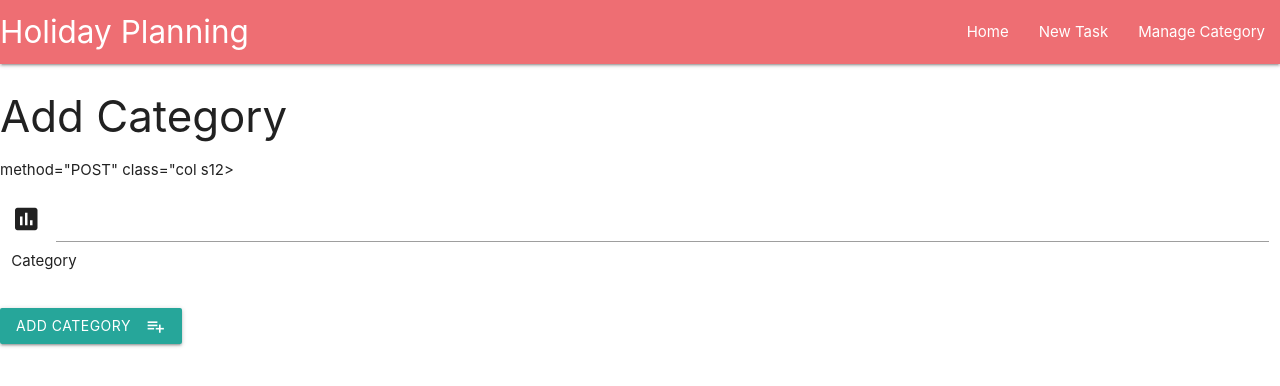
Repository: Code-Institute-Submissions/Project3-Holiday_Planning
Page: http://localhost/add_category
The author's editor kept a record of every edit. The page is drawn from the files as they stood at one moment, then again after the next edit.
The browser window is 1280 px wide. The pictures show the whole page.
The page is served by the project's application, run on Flask 3 (app.py).

Above is the page before.

### templates/addCategory.html
{% extends 'layout.html' %} {% block content %}


<h3>Add
Category</h3>
<form action ="{{url_for('insert_category')}}"> method="POST" class="col s12>

    <div class="row">
        <div class="input-field col s12">
            <i class="material-icons prefix">poll</i>
            <input id = "category_name" name="category_name" type="text" class="validate"
            <label for="category_name">Category</label>
        </div>
    </div>

    <div class="row">
        <button class="waves-effect waves-light btn" type="submit" name="action">Add Category<i class="material-icons right">playlist_add</i></button>
    </div>

</form>
{% endblock%}

### templates/layout.html
<!DOCTYPE html>
<html>

<head>
        <link href="https://fonts.googleapis.com/icon?family=Material+Icons" rel="stylesheet">
        <link rel="stylesheet" href="https://cdnjs.cloudflare.com/ajax/libs/materialize/1.0.0/css/materialize.min.css">
        <link rel="stylesheet" href="{{url_for('static', filename='css/style.css')}}" type="text/css"/>
</head>


<body>
    <header>
        <nav>
            <div class="nav-wrapper">
                <a href="{{url_for('get_tasks')}}" class="brand-logo">Holiday Planning</a>
                <a href="#" data-activates="mobile-demo" class="sidenav-trigger"><i class="material-icons">menu</i></a>

                <ul id="nav-mobile" class="right hide-on-med-and-down">
                    <li><a href="{{url_for('get_tasks')}}">Home</a></li>
                    <li><a href="{{url_for('add_task')}}">New Task</a></li>
                    <li><a href="{{url_for('get_category')}}">Manage Category</a></li>
                </ul>

                <!--extended hamburger navbar added for mobile-->
                <ul class="sidenav" id="mobile-demo">

                    <li><a href="{{url_for('get_tasks')}}">Home</a></li>
                    <li><a href="{{url_for('add_task')}}">New Task</a></li>
                    <li><a href="{{url_for('get_category')}}">Manage Category</a></li>
                </ul>
            </div>
        </nav>
    </header>

    <div>
        {% block content %} {% endblock %}
    </div>


    <script src="https://cdnjs.cloudflare.com/ajax/libs/jquery/3.4.1/jquery.min.js"></script>
    <script src="https://cdnjs.cloudflare.com/ajax/libs/materialize/1.0.0/js/materialize.min.js"></script>

    <!--to perform the collapsible, datepicker and select option function-->
    <script type="text/javascript">
        $(document).ready(function(){
            $('.collapsible').collapsible();
            $('.datepicker').datepicker();
            $('select').formSelect();
            $('.sidenav').sidenav();

        });

        // $('.datepicker').pickadate({
        //     selectMonths: true, // Creates a dropdown to control month
        //     selectYears: 15, // Creates a dropdown of 15 years to control year,
        //     today: 'Today',
        //     clear: 'Clear',
        //     close: 'Ok',
        //     closeOnSelect: false // Close upon selecting a date,
        // });

        </script>



</body>

</html>

### app.py
import os
from flask import Flask, render_template, redirect, request, url_for
from flask_pymongo import PyMongo
from bson.objectid import ObjectId


app = Flask(__name__)
app.config["MONGO_DBNAME"] = 'holiday_planning'
app.config["MONGO_URI"] = 'mongodb+srv://root:es1234@cluster0-dio8w.mongodb.net/holiday_planning?retryWrites=true&w=majority'
mongo = PyMongo(app)


# Function to display landing page
@app.route('/')
def index():
    return render_template("tasks.html", tasks=mongo.db.tasks.find())


# T1 - Fetch data in mongodb pass it back to tasks.html
@app.route('/get_tasks')
def get_tasks():
    return render_template("tasks.html",
                            tasks=mongo.db.tasks.find())



# T2 & T3 - After add_task, must follow by insert_task
@app.route('/add_task')
def add_task():
    return render_template('addTask.html',
                            category=mongo.db.category.find())


@app.route('/insert_task', methods=['POST'])
def insert_task():
    tasks = mongo.db.tasks
    tasks.insert_one(request.form.to_dict())
    return redirect(url_for('get_tasks'))



# T4 & T5 - After edit_task, must follow by update_task
@app.route('/edit_task/<task_id>')
def edit_task(task_id):
    the_task =  mongo.db.tasks.find_one({"_id": ObjectId(task_id)})
    all_category =  mongo.db.category.find()
    return render_template('editTask.html', task=the_task,
                           category=all_category)


@app.route('/update_task/<task_id>', methods=["POST"])
def update_task(task_id):
    tasks = mongo.db.tasks
    tasks.update( {'_id': ObjectId(task_id)},
    {
        'category_name':request.form.get('category_name'),
        'task_name':request.form.get('task_name'),
        'task_description': request.form.get('task_description'),
        'person_in-charge': request.form.get('person_in-charge'),
        'website': request.form.get('website'),
        'due_date': request.form.get('due_date'),
        'is_urgent':request.form.get('is_urgent')
    })
    return redirect(url_for('get_tasks'))


# T6 - Delete task from the get_tasks page
@app.route('/delete_task/<task_id>')
def delete_task(task_id):
    return redirect(url_for('get_tasks'))





# CATEGORY

# C1 - Function to fetch all our data in mongodb pass it back to category.html
@app.route('/get_category')
def get_category():
    return render_template("category.html",
                            category=mongo.db.category.find())



# C2 & C3 - After add_category, must follow by insert_category
@app.route('/add_category')
def add_category():
    return render_template('addCategory.html')


@app.route('/insert_category', methods=['POST'])
def insert_category():
    category_doc = {'category_name': request.form.get('category_name')}
    mongo.db.category.insert_one(category_doc)
    return redirect(url_for('get_category'))



# C4 & C5 - After edit_category, must follow by update_category
@app.route('/edit_category/<category_id>')
def edit_category(category_id):
    return render_template('editCategory.html',
    category=mongo.db.category.find_one({'_id': ObjectId(category_id)}))


@app.route('/update_category/<category_id>', methods=['POST'])
def update_category(category_id):
    mongo.db.category.update(
        {'_id': ObjectId(category_id)},
        {'category_name': request.form.get('category_name')})
    return redirect(url_for('get_category'))



# C6 - Delete category from the Manage Category page
@app.route('/delete_category/<category_id>')
def delete_category(category_id):
    mongo.db.category.remove({'_id': ObjectId(category_id)})
    return redirect(url_for('get_category'))



# Boiler plate - must include at the end of app.py
if __name__ == '__main__':
    app.run(host=os.environ.get('IP'),
            port=int(os.environ.get('PORT')),
            debug=True)

Loaded but not shown: static/css/style.css (empty)

After the next edit:
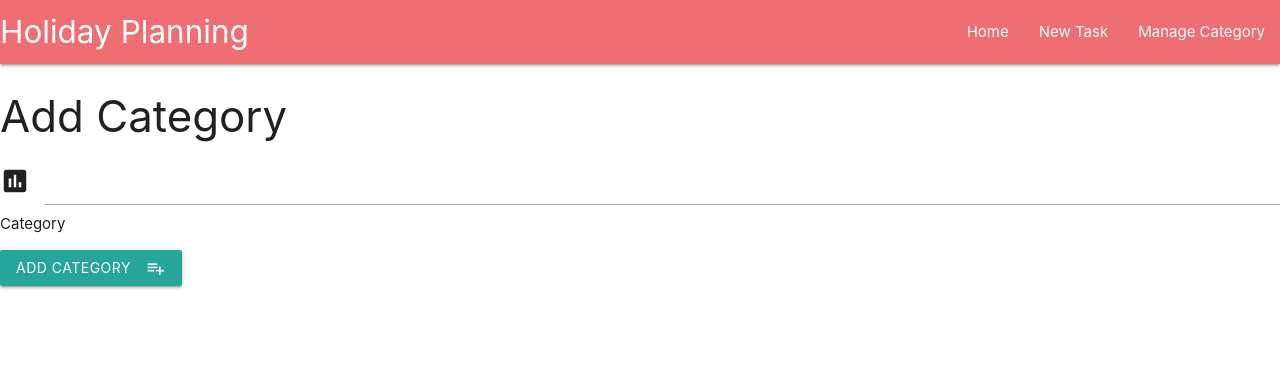
The edit:
--- a/templates/addCategory.html
+++ b/templates/addCategory.html
@@ -1,9 +1,8 @@
 {% extends 'layout.html' %} {% block content %}
 
 
-<h3>Add
-Category</h3>
-<form action ="{{url_for('insert_category')}}"> method="POST" class="col s12>
+<h3>Add Category</h3>
+<form action ="{{url_for('insert_category')}}" method="POST" class="col s12>
 
     <div class="row">
         <div class="input-field col s12">
